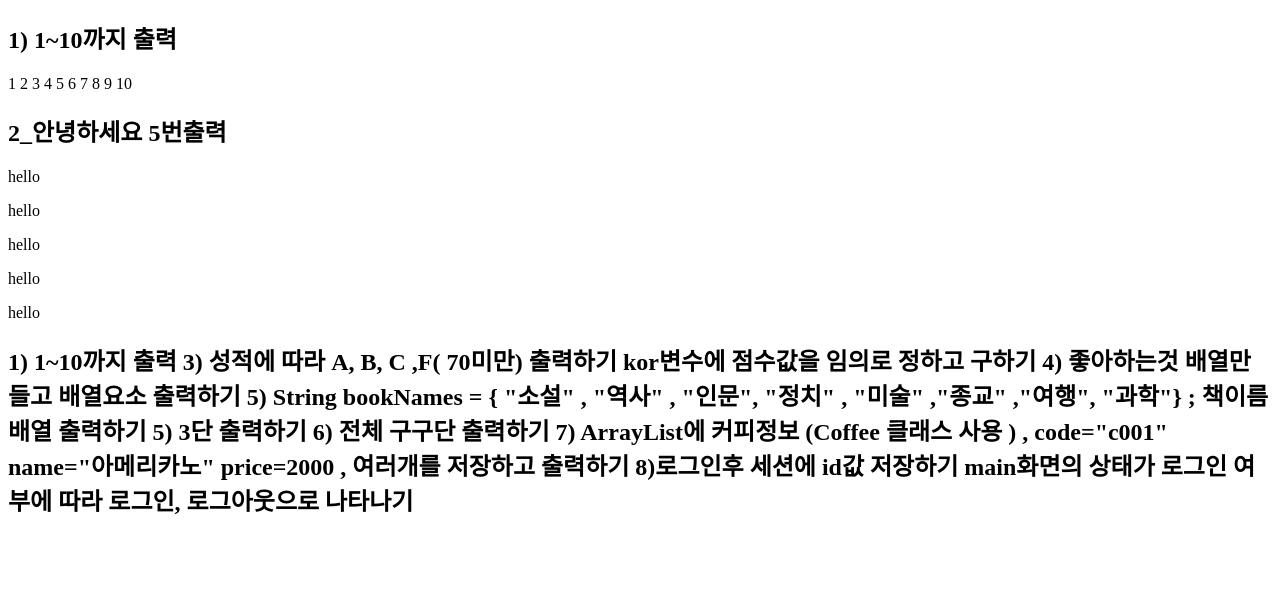
Repository: mvcfvsgdj/javaee
Page: http://localhost/ELprj0908/jstl8
These files come from the project's save history. The page is drawn as it stood at one moment and after the next save; the edit follows.
The browser window is 1280 px wide. The pictures show the whole page.
The page is served by Tomcat 9.

Above is the page before, as saved 2023-09-08 06:10:51.

After the next save:
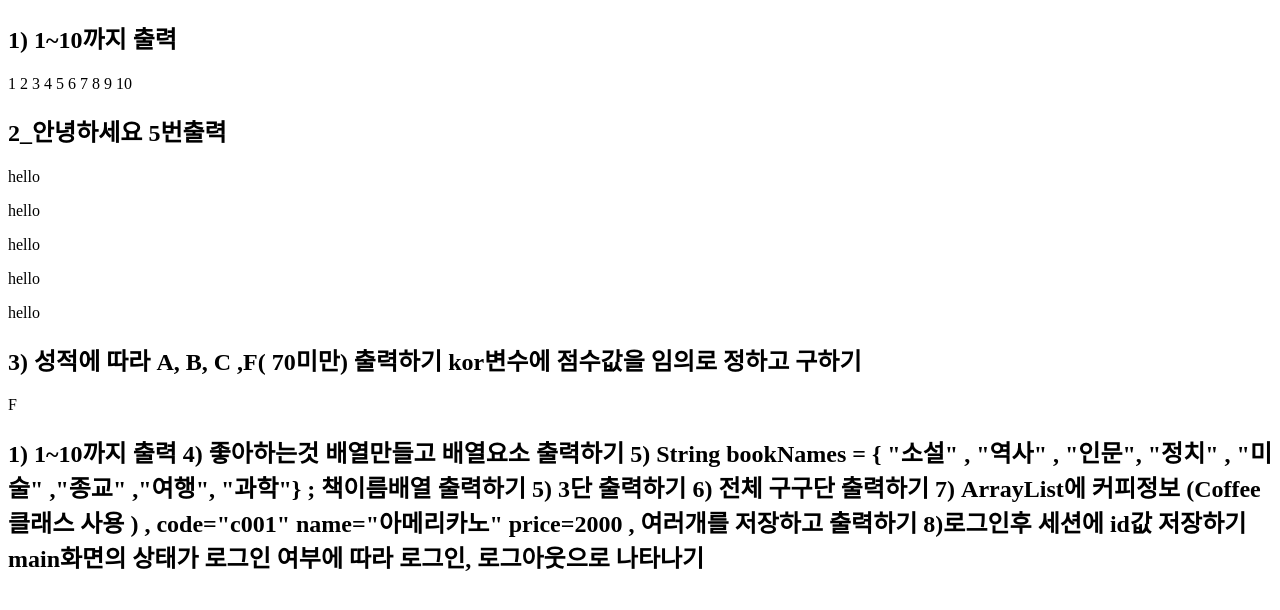
Saved 79 s later.
--- a/ELprj0908/src/main/webapp/WEB-INF/views/jstl8.jsp
+++ b/ELprj0908/src/main/webapp/WEB-INF/views/jstl8.jsp
@@ -28,10 +28,21 @@
         <p>${hi}</p>
     </c:forEach>
 
+    <h2>3) 성적에 따라 A, B, C ,F( 70미만)  출력하기  kor변수에 점수값을 임의로 정하고 구하기</h2>
+
+
+     <c:set var="kor"   value="90" />
+     <c:if test="${score>=90}">장학금내놩</c:if>
+<c:choose>
+<c:when test="${score>=90 }">A</c:when>
+<c:when test="${score>=80 }">B</c:when>
+<c:when test="${score>=70 }">C</c:when>
+<c:otherwise>F</c:otherwise>
+</c:choose>
 
     <h2>1) 1~10까지 출력
 
-3) 성적에 따라 A, B, C ,F( 70미만)  출력하기     <c:set var="kor"   value="90" />   kor변수에 점수값을 임의로 정하고 구하기
+
 4) 좋아하는것 배열만들고 배열요소 출력하기
 5) String bookNames = {  "소설" , "역사" , "인문",  "정치" , "미술" ,"종교" ,"여행", "과학"}  ;   책이름배열 출력하기
 5) 3단 출력하기
